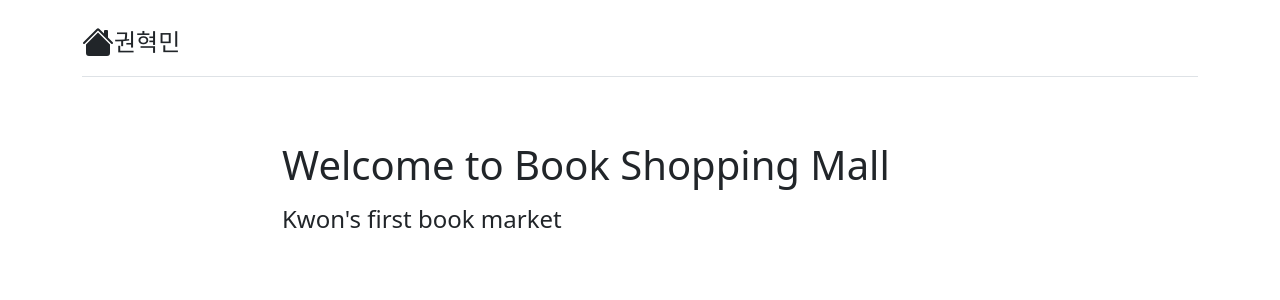
Repository: minn0701/JSP-Webbprogramming
Page: http://localhost/BookMarket/Welcome.jsp
These files come from the project's save history. The page is drawn as it stood at one moment and after the next save; the edit follows.
The browser window is 1280 px wide. The pictures show the whole page.
The page is served by Tomcat 9.

Above is the page before, as saved 2024-03-20 12:33:21.

### BookMarket/src/main/webapp/Welcome.jsp
<%@ page language="java" contentType="text/html; charset=EUC-KR"
    pageEncoding="EUC-KR"%>
<!DOCTYPE html>
<html>
<head>
    <link href="https://cdn.jsdelivr.net/npm/bootstrap@5.3.0-alpha1/dist/css/bootstrap.min.css" rel="stylesheet">
	<title>Welcome</title>
</head>
<body>

<%! String greet = "Welcome to Book Shopping Mall";
	String introduce = "Kwon's first book market"; %>

	<style>
		.left {
		padding-left: 200px;
		}
	</style>

<div class="container py-4">
    <header class="pb-3 mb-4 border-bottom"> <%-- 줄 만드는거 --%>
      <a href="./welcome.jsp" class="d-flex align-items-center text-dark text-decoration-none">

      <svg  width="32" height="32" fill="currentColor" class="bi bi-house-fill" viewBox="0 0 16 16">
  			<path d="M8.707 1.5a1 1 0 0 0-1.414 0L.646 8.146a.5.5 0 0 0 .708.708L8 2.207l6.646 6.647a.5.5 0 0 0 .708-.708L13 5.793V2.5a.5.5 0 0 0-.5-.5h-1a.5.5 0 0 0-.5.5v1.293L8.707 1.5Z"/>
  			<path d="m8 3.293 6 6V13.5a1.5 1.5 0 0 1-1.5 1.5h-9A1.5 1.5 0 0 1 2 13.5V9.293l6-6Z"/>
		</svg>   <%-- 집모양 아이콘 --%>

        <span class="fs-4"> 권혁민</span>

        </a>

</div>

<div class="container py-10">


      <p><h1 class="left"><%= greet %> </h1><p>
      <h4 class="left"><%= introduce %> </h4>

</div>



</body>

After the next save:
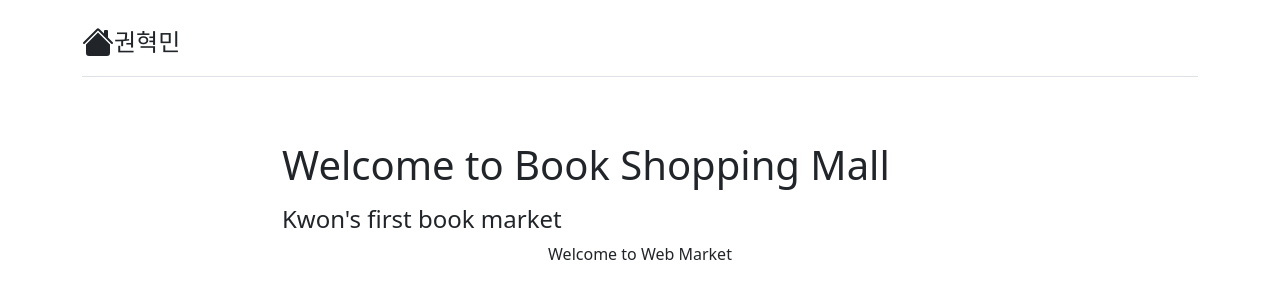
Saved 54 s later.
--- a/BookMarket/src/main/webapp/Welcome.jsp
+++ b/BookMarket/src/main/webapp/Welcome.jsp
@@ -40,6 +40,12 @@
 
 </div>
 
+<div>
+
+<center> Welcome to Web Market</center>
+
+
+</div>
 
 
 </body>
